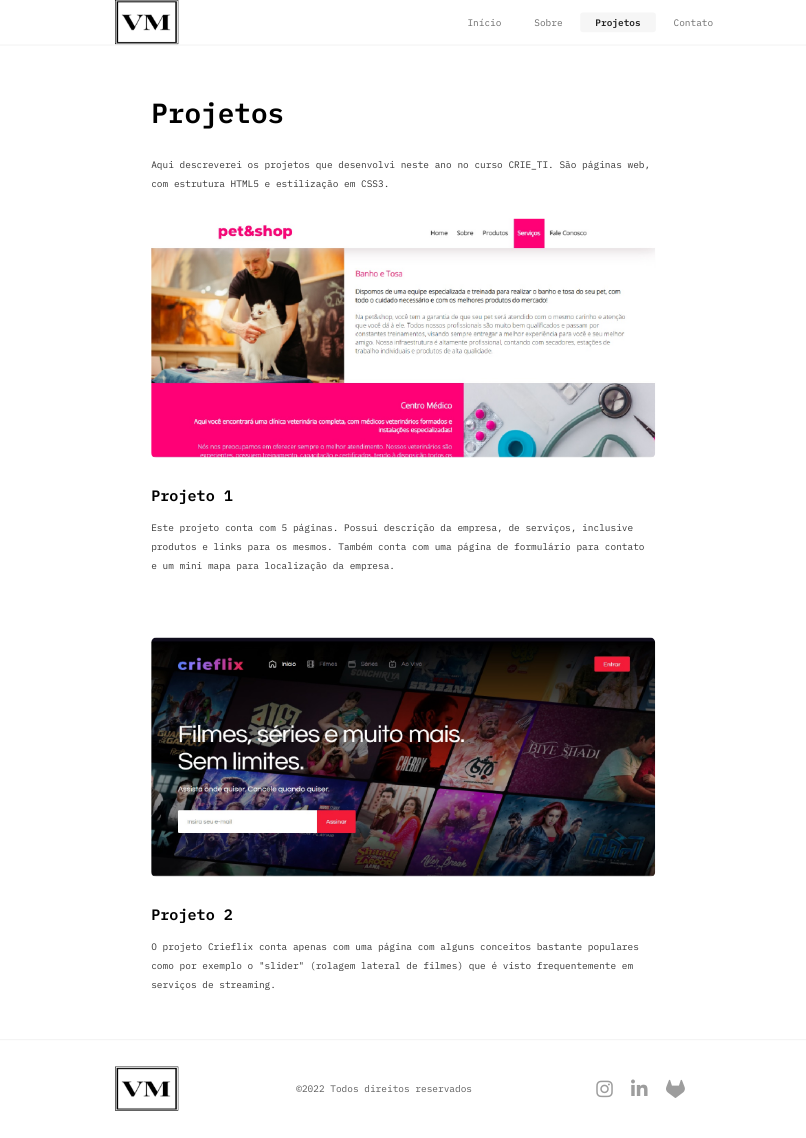
Repository: viictormatias/viictormatias.github.io
Page: projects.html
The author's editor kept a copy of each file at every save. The page is drawn from the files as they stood at one save, then again after the next save.
The browser window is 1280 px wide. The pictures show the whole page, at 63% of full size.
Some web libraries are served in a nearby version.

Above is the page before, as saved 2023-02-06 15:05:38.

After the next save:
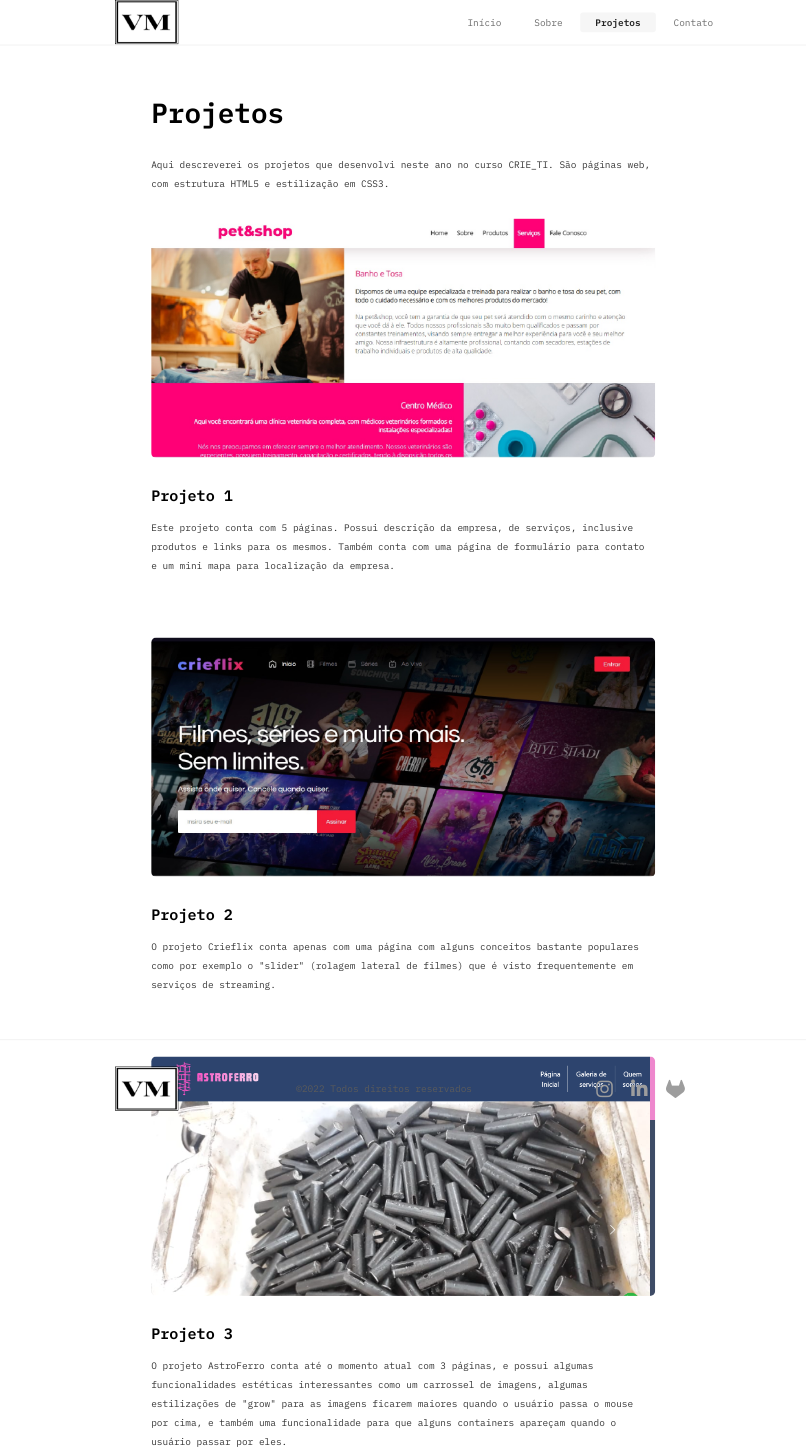
Saved 35 min 29 s later.
--- a/projects.html
+++ b/projects.html
@@ -46,20 +46,27 @@
     <section class="projects__page">
         <h1 class="projects__h1">Projetos</h1>
         <p class="projects__text">Aqui descreverei os projetos que desenvolvi neste ano no curso CRIE_TI. São páginas web, com estrutura HTML5 e estilização em CSS3.</p>
-    <div class="project__example">
-        <img class="picture__project" src="./images/petshop.jpg"  width="1000px">
-    </div>
-    <div class="project__desc__container">
-        <h2 class="projects__title__1">Projeto 1</h2>
-        <p class="project__description">Este projeto conta com 5 páginas. Possui descrição da empresa, de serviços, inclusive produtos e links para os mesmos. Também conta com uma página de formulário para contato e um mini mapa para localização da empresa.</p>
-    </div>
-    <div class="project__example__2" id="projeto2">
-        <img class="picture__project" src="./images/crieflix.jpg" width="1000px">
-    </div>
-    <div class="project__desc__container__1">
-        <h2 class="projects__title__1">Projeto 2</h2>
-        <p class="project__description">O projeto Crieflix conta apenas com uma página com alguns conceitos bastante populares como por exemplo o "slider" (rolagem lateral de filmes) que é visto frequentemente em serviços de streaming.</p>
-    </div>
+        <div class="project__example">
+            <img class="picture__project" src="./images/petshop.jpg"  width="1000px">
+        </div>
+        <div class="project__desc__container">
+            <h2 class="projects__title__1">Projeto 1</h2>
+            <p class="project__description">Este projeto conta com 5 páginas. Possui descrição da empresa, de serviços, inclusive produtos e links para os mesmos. Também conta com uma página de formulário para contato e um mini mapa para localização da empresa.</p>
+        </div>
+        <div class="project__example__2" id="projeto2">
+            <img class="picture__project" src="./images/crieflix.jpg" width="1000px">
+        </div>
+        <div class="project__desc__container__1">
+            <h2 class="projects__title__1">Projeto 2</h2>
+            <p class="project__description">O projeto Crieflix conta apenas com uma página com alguns conceitos bastante populares como por exemplo o "slider" (rolagem lateral de filmes) que é visto frequentemente em serviços de streaming.</p>
+        </div>
+        <div class="project__example__2" id="projeto3">
+            <img class="picture__project" src="./images/astroferroproject.png" width="1000px">
+        </div>
+        <div class="project__desc__container__1">
+            <h2 class="projects__title__1">Projeto 3</h2>
+            <p class="project__description">O projeto AstroFerro conta até o momento atual com 3 páginas, e possui algumas funcionalidades estéticas interessantes como um carrossel de imagens, algumas estilizações de "grow" para as imagens ficarem maiores quando o usuário passa o mouse por cima, e também uma funcionalidade para que alguns containers apareçam quando o usuário passar por eles.</p>
+        </div>
     </section>
 
     <section class="footer__projects">
